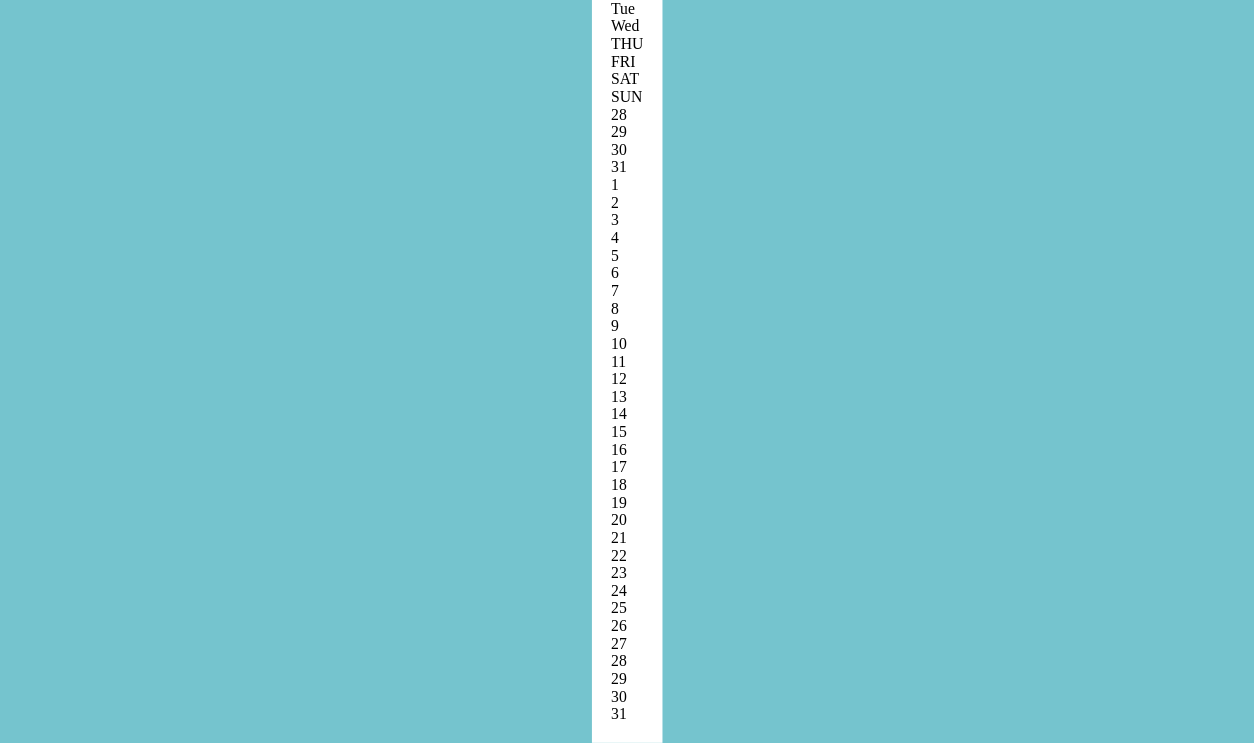
Repository: KYUUBI-K/HTML
Page: За 1 курс/Лаб 4/calendar.html
An editor plug-in stored every save of this project. The page is shown before and after the next save, followed by the edit.
The browser window is 1280 px wide. The pictures show the whole page, at 98% of full size.

Above is the page before, as saved 2021-03-30 13:17:19.

### За 1 курс/Лаб 4/calendar.html
<!DOCTYPE html>
<html lang="en">
<head>
    <meta charset="UTF-8">
    <meta http-equiv="X-UA-Compatible" content="IE=edge">
    <meta name="viewport" content="width=device-width, initial-scale=1.0">
    <title>Document</title>
    <link rel="stylesheet" href="for_calend.css">
</head>
<body style="background-color:rgba(80, 181, 194, 0.788) ;">
    <div class="calendar">
        <div class="date">
            <div class="day">Mon</div>
            <div class="day">Tue</div>
            <div class="day">Wed</div>
            <div class="day">THU</div>
            <div class="day">FRI</div>
            <div class="day">SAT</div>
            <div class="day">SUN</div>
            <div class="number">28</div>
            <div class="number">29</div>
            <div class="number">30</div>
            <div class="number">31</div>
            <div class="number">1</div>
            <div class="number">2</div>
            <div class="number">3</div>
            <div class="number">4</div>
            <div class="number">5</div>
            <div class="number">6</div>
            <div class="number">7</div>
            <div class="number">8</div>
            <div class="number">9</div>
            <div class="number">10</div>
            <div class="number">11</div>
            <div class="number">12</div>
            <div class="number">13</div>
            <div class="number">14</div>
            <div class="number">15</div>
            <div class="number">16</div>
            <div class="number">17</div>
            <div class="number">18</div>
            <div class="number">19</div>
            <div class="number">20</div>
            <div class="number">21</div>
            <div class="number">22</div>
            <div class="number">23</div>
            <div class="number">24</div>
            <div class="number">25</div>
            <div class="number">26</div>
            <div class="number">27</div>
            <div class="number">28</div>
            <div class="number">29</div>
            <div class="number">30</div>
            <div class="number">31</div>
        </div>
    </div>
</body>
</html>

### За 1 курс/Лаб 4/for_calend.css
body{
    margin:0;
    padding: 0;
    display: flex;
    justify-content: center;
    align-items: center;
    height: 100vh;
}
.calendar{
    width: 300ox;
    height: auto;
    background-color: white;
    box-sizing: border-box;

}
.calendar .date{
    padding: 20px;
    display: grid;
    grid-template-columns: repeat(auto-fit,minmax(25px,1fr));
}

After the next save:
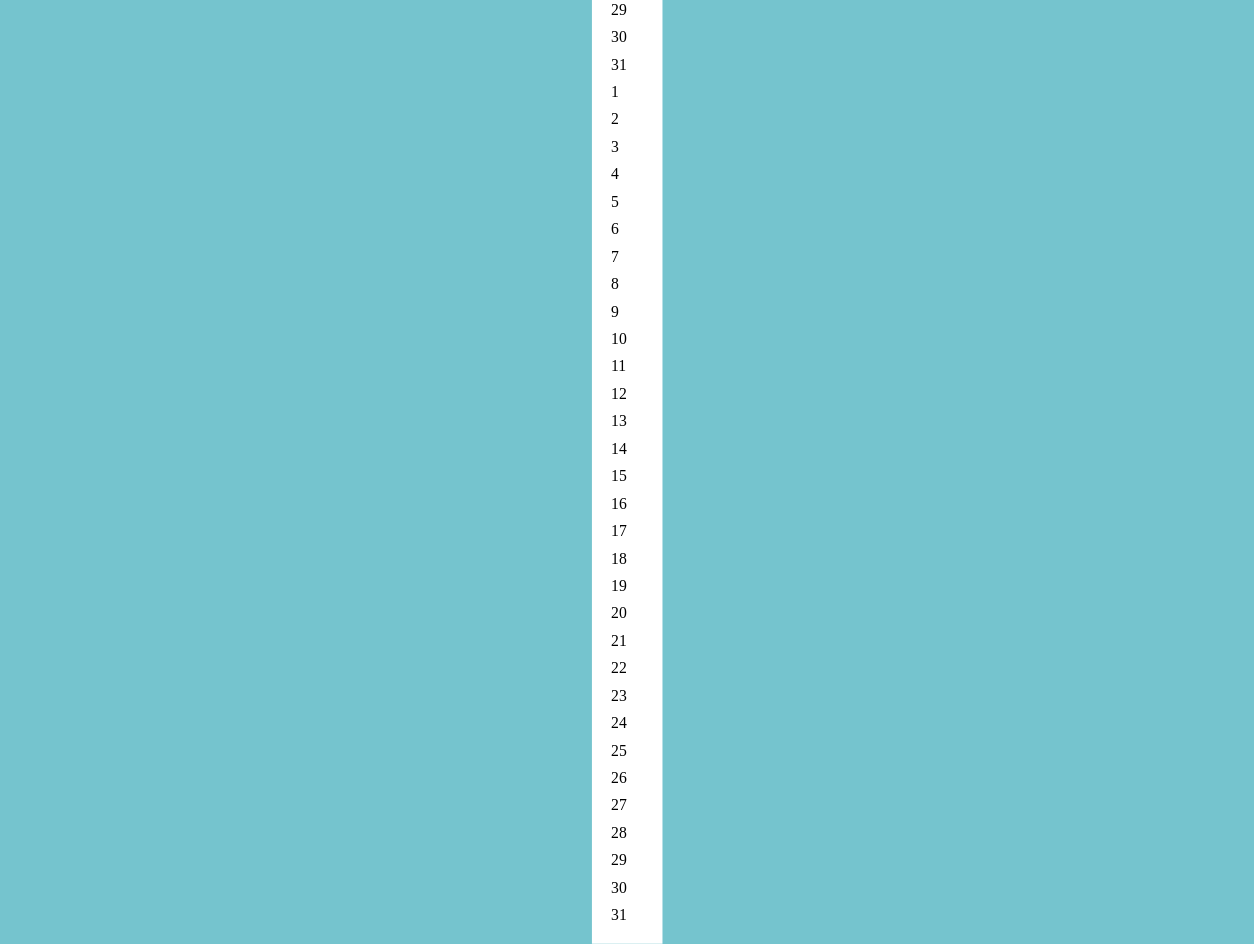
Saved 61 s later.
--- a/За 1 курс/Лаб 4/for_calend.css
+++ b/За 1 курс/Лаб 4/for_calend.css
@@ -17,4 +17,6 @@
     padding: 20px;
     display: grid;
     grid-template-columns: repeat(auto-fit,minmax(25px,1fr));
+    grid-gap:10px;
+    box-sizing: border-box;
 }

After the save that followed:
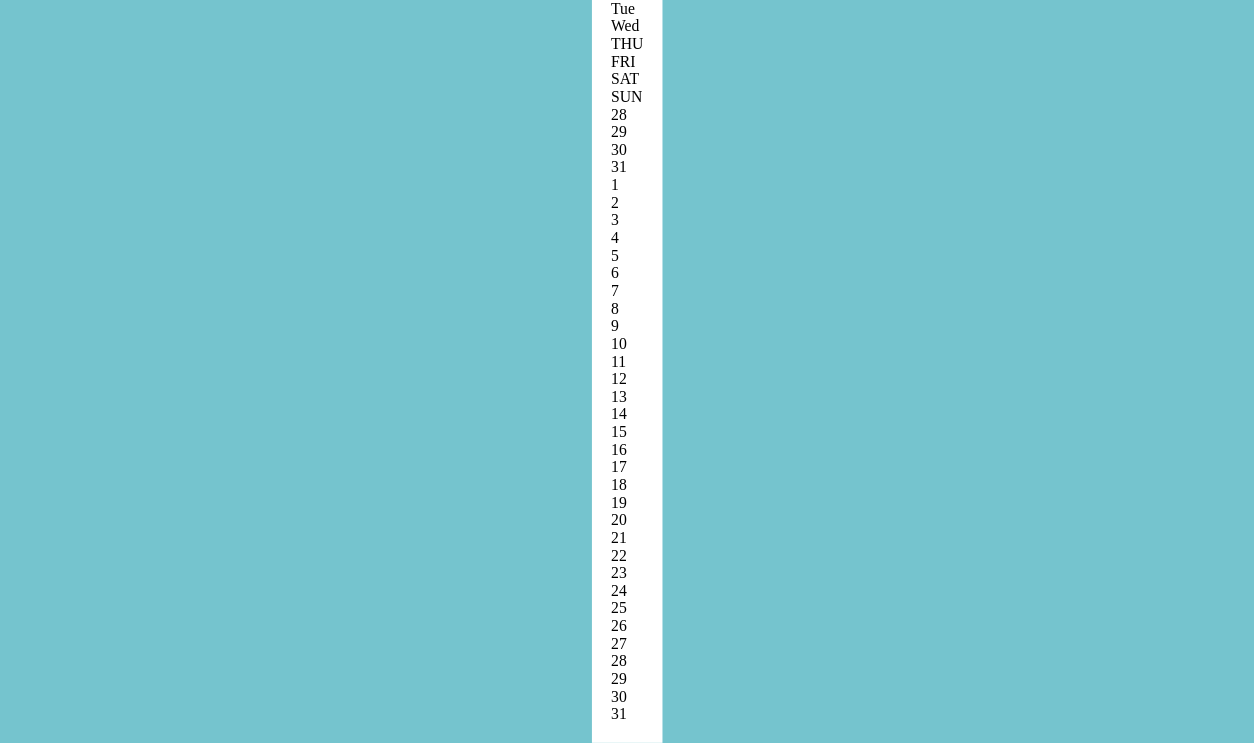
Saved 12 s later.
--- a/За 1 курс/Лаб 4/for_calend.css
+++ b/За 1 курс/Лаб 4/for_calend.css
@@ -17,6 +17,6 @@
     padding: 20px;
     display: grid;
     grid-template-columns: repeat(auto-fit,minmax(25px,1fr));
-    grid-gap:10px;
+
     box-sizing: border-box;
 }
